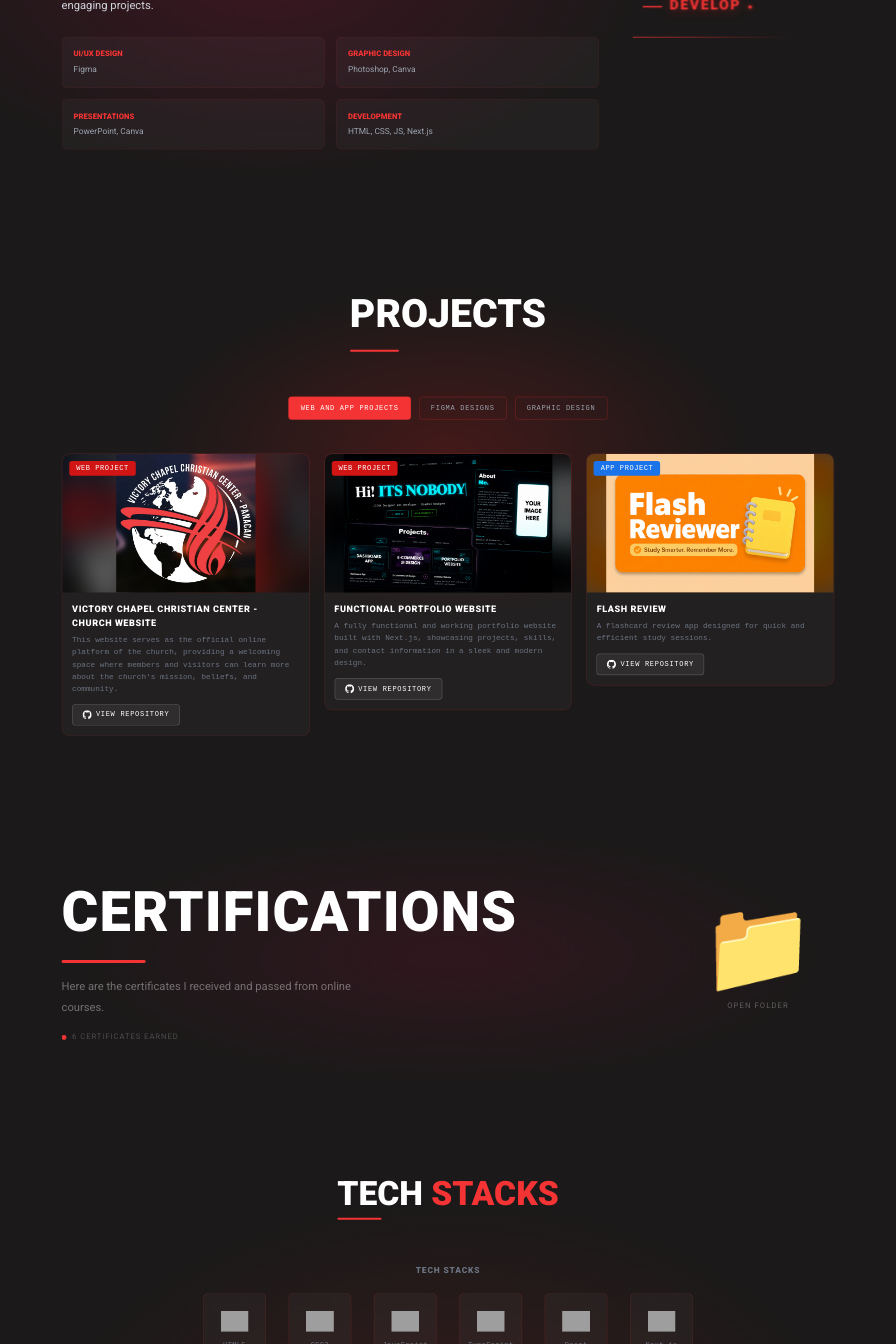
Repository: banbanny/my-portfolio
Page: /
These files come from the project's save history. The page is drawn as it stood at one moment and after a run of saves; the edit follows.
The browser window is 1280 px wide. The pictures show the part of the page from y = 1122 to 3042 px (the page is 4318 px tall), at 70% of full size.
Pictures or frames that could not be fetched are drawn as grey boxes. The project was rebuilt for these pictures with package versions that can differ from the ones it lists, and the page was loaded fresh each time. The framework's server and built-in components were replaced by stand-ins that run in the browser. Also part of the build but not shown: next.config.js.

Above is the page before, as saved 2026-05-08 13:25:05.

### src/app/layout.tsx
import type { Metadata } from "next";
import "./globals.css";

export const metadata: Metadata = {
  title: "Ivanne Obediente | Portfolio",
  description:
    "Aspiring developer based in the Philippines — design, UI/UX, and visual storytelling.",
};

export default function RootLayout({
  children,
}: {
  children: React.ReactNode;
}) {
  return (
    <html lang="en">
      <body>{children}</body>
    </html>
  );
}

### src/app/page.tsx
import Navbar from "@/components/Navbar";
import Hero from "@/components/Hero";
import About from "@/components/About";
import Projects from "@/components/Projects";
import Certifications from "@/components/Certifications";
import TechStack from "@/components/TechStack";
import Footer from "@/components/Footer";

export default function Home() {
  return (
    <main style={{ background: "#1B1919" }}>
      <Navbar />
      <Hero />
      <About />
      <Projects />
      <Certifications />
      <TechStack />
      <Footer />
    </main>
  );
}

### src/components/Projects.tsx
'use client'

import { useState, useEffect, useRef } from "react";

type ProjectType = "web" | "figma" | "graphics" | "app";

interface Project {
  id: number;
  title: string;
  type: ProjectType;
  description: string;
  thumbnail: string;
  link?: string;
  repo?: string;        // ← GitHub repo URL for app projects
  screenshots?: string[];
}

const projects: Project[] = [
  {
    id: 1,
    title: "Victory Chapel Christian Center - Church Website",
    type: "web",
    description: "This website serves as the official online platform of the church, providing a welcoming space where members and visitors can learn more about the church's mission, beliefs, and community.",
    thumbnail: "/vccc-thumbnail.jpg",
    repo: "https://github.com/YOUR_USERNAME/flash-review",
    link: "https://vccc-website-one.vercel.app/",
  },
  {
    id: 2,
    title: "Functional Portfolio Website",
    type: "web",
    description: "A fully functional and working portfolio website built with Next.js, showcasing projects, skills, and contact information in a sleek and modern design.",
    thumbnail: "/web-port.png",
    repo: "https://github.com/YOUR_USERNAME/flash-review",
    link: "https://web-portfolio-ruby-pi.vercel.app/",
  },
  {
    id: 3,
    title: "Portfolio Website Design",
    type: "figma",
    description: "UI/UX design for a Portfolio.",
    thumbnail: "/figma1.png",
    link: "https://www.figma.com/file/your-file-id",
  },
  {
    id: 4,
    title: "Victory Chapel Christian Center - Church Website",
    type: "figma",
    description: "A church website",
    thumbnail: "/vccc.png",
    link: "https://www.figma.com/file/your-file-id-2",
  },
  {
    id: 5,
    title: "5CRG Inventory Management System",
    type: "figma",
    description: "Inventory Management System for 5CRG.",
    thumbnail: "/figma3.png",
    link: "https://www.figma.com/file/your-file-id-2",
  },
  {
    id: 6,
    title: "Flash Review",
    type: "app",
    description: "A flashcard review app designed for quick and efficient study sessions.",
    thumbnail: "/flashreview.png",
    repo: "https://github.com/banbanny/flashreview.git", // ← replace with your repo URL
    screenshots: ["/flashreview.png", "/flashreview.png", "/flashreview.png"],
  },
  {
    id: 7,
    title: "Poster Design",
    type: "graphics",
    description: "Event poster with bold typography and layout.",
    thumbnail: "/thumbnails/graphics2.png",
    link: "https://www.behance.net/your-project-2",
  },
];

const filters: { label: string; value: "webapp" | "figma" | "graphics" }[] = [
  { label: "WEB and APP PROJECTS", value: "webapp" },
  { label: "FIGMA DESIGNS", value: "figma" },
  { label: "GRAPHIC DESIGN", value: "graphics" },
];

const typeConfig: Record<ProjectType, { label: string; badge: string }> = {
  web:      { label: "Web Project",  badge: "#d11414" },
  app:      { label: "App Project",  badge: "#1a73e8" },
  figma:    { label: "Figma Design", badge: "#910d39" },
  graphics: { label: "Graphics",     badge: "#f16f24" },
};

function useInView(threshold = 0.15) {
  const ref = useRef<HTMLDivElement>(null);
  const [inView, setInView] = useState(false);
  useEffect(() => {
    const el = ref.current; if (!el) return;
    const obs = new IntersectionObserver(([entry]) => { if (entry.isIntersecting) setInView(true); }, { threshold });
    obs.observe(el); return () => obs.disconnect();
  }, []);
  return { ref, inView };
}

// ── App Screenshot Modal ──
function AppModal({ project, onClose }: { project: Project; onClose: () => void }) {
  const [current, setCurrent] = useState(0);
  const touchStartX = useRef<number | null>(null);
  const screenshots = project.screenshots ?? [];
  const total = screenshots.length;

  useEffect(() => {
    const handler = (e: KeyboardEvent) => { if (e.key === "Escape") onClose(); };
    window.addEventListener("keydown", handler);
    return () => window.removeEventListener("keydown", handler);
  }, [onClose]);

  useEffect(() => {
    document.body.style.overflow = "hidden";
    return () => { document.body.style.overflow = ""; };
  }, []);

  const prev = () => setCurrent((c) => (c - 1 + total) % total);
  const next = () => setCurrent((c) => (c + 1) % total);
  const onTouchStart = (e: React.TouchEvent) => { touchStartX.current = e.touches[0].clientX; };
  const onTouchEnd = (e: React.TouchEvent) => {
    if (touchStartX.current === null) return;
    const diff = touchStartX.current - e.changedTouches[0].clientX;
    if (Math.abs(diff) > 40) diff > 0 ? next() : prev();
    touchStartX.current = null;
  };

  return (
    <div onClick={onClose} style={{ position:"fixed", inset:0, zIndex:200, background:"rgba(0,0,0,0.92)", display:"flex", alignItems:"center", justifyContent:"center", padding:"16px", backdropFilter:"blur(6px)" }}>
      <div onClick={(e) => e.stopPropagation()} style={{ maxWidth:"900px", width:"100%", borderRadius:"14px", overflow:"hidden", border:"1px solid rgba(26,115,232,0.35)" }}>
        <div style={{ background:"#0d0d0d", padding:"12px 16px", display:"flex", justifyContent:"space-between", alignItems:"center", borderBottom:"1px solid rgba(255,255,255,0.06)", flexWrap:"wrap", gap:"8px" }}>
          <div style={{ display:"flex", alignItems:"center", gap:"10px" }}>
            <span style={{ fontSize:"11px", fontWeight:500, color:"rgba(255,255,255,0.35)", background:"rgba(255,255,255,0.07)", border:"1px solid rgba(255,255,255,0.1)", borderRadius:"20px", padding:"3px 11px", whiteSpace:"nowrap" }}>{current + 1} / {total}</span>
            <div>
              <p style={{ fontSize:"12px", color:"#fff", margin:"0 0 2px", fontWeight:700, letterSpacing:"0.06em", textTransform:"uppercase" }}>{project.title}</p>
              <p style={{ fontSize:"11px", color:"#1a73e8", margin:0 }}>App Screenshots</p>
            </div>
          </div>
          <div style={{ display:"flex", alignItems:"center", gap:"6px" }}>
            {total > 1 && [{ label:"←", fn: prev }, { label:"→", fn: next }].map(({ label, fn }) => (
              <button key={label} onClick={fn} style={{ fontSize:"16px", color:"rgba(255,255,255,0.6)", background:"rgba(255,255,255,0.06)", border:"1px solid rgba(255,255,255,0.12)", borderRadius:"6px", width:"34px", height:"34px", cursor:"pointer", display:"flex", alignItems:"center", justifyContent:"center" }}>{label}</button>
            ))}
            <div style={{ width:"1px", height:"22px", background:"rgba(255,255,255,0.1)", margin:"0 2px" }} />
            <button onClick={onClose} style={{ fontSize:"11px", fontWeight:500, color:"rgba(255,255,255,0.5)", background:"transparent", border:"1px solid rgba(255,255,255,0.14)", borderRadius:"6px", padding:"0 12px", height:"34px", cursor:"pointer", letterSpacing:"0.08em", textTransform:"uppercase", whiteSpace:"nowrap" }}>Close ✕</button>
          </div>
        </div>
        <div style={{ position:"relative", width:"100%", background:"#111", overflow:"hidden" }} onTouchStart={onTouchStart} onTouchEnd={onTouchEnd}>
          <div style={{ position:"relative", width:"100%", aspectRatio:"16/9" }}>
            {screenshots.map((src, i) => (
              <img key={i} src={src} alt={`${project.title} screen ${i + 1}`}
                style={{ position:"absolute", inset:0, width:"100%", height:"100%", objectFit:"contain", opacity: i === current ? 1 : 0, transform: i === current ? "translateX(0)" : i < current ? "translateX(-60px)" : "translateX(60px)", transition:"opacity 0.3s ease, transform 0.3s cubic-bezier(0.22,1,0.36,1)", pointerEvents:"none" }}
              />
            ))}
          </div>
          {total > 1 && (
            <div style={{ display:"flex", justifyContent:"center", gap:"6px", padding:"10px 0 12px" }}>
              {screenshots.map((_, i) => (
                <button key={i} onClick={() => setCurrent(i)}
                  style={{ width: i === current ? "20px" : "7px", height:"7px", borderRadius:"4px", background: i === current ? "#1a73e8" : "rgba(255,255,255,0.25)", border:"none", padding:0, cursor:"pointer", transition:"all 0.3s ease" }}
                />
              ))}
            </div>
          )}
        </div>
      </div>
    </div>
  );
}

// ── GitHub icon SVG ──
function GithubIcon() {
  return (
    <svg width="13" height="13" viewBox="0 0 24 24" fill="currentColor" style={{ flexShrink: 0 }}>
      <path d="M12 0C5.37 0 0 5.37 0 12c0 5.3 3.438 9.8 8.205 11.385.6.113.82-.258.82-.577 0-.285-.01-1.04-.015-2.04-3.338.724-4.042-1.61-4.042-1.61-.546-1.385-1.335-1.755-1.335-1.755-1.087-.744.084-.729.084-.729 1.205.084 1.838 1.236 1.838 1.236 1.07 1.835 2.809 1.305 3.495.998.108-.776.417-1.305.76-1.605-2.665-.3-5.466-1.332-5.466-5.93 0-1.31.465-2.38 1.235-3.22-.135-.303-.54-1.523.105-3.176 0 0 1.005-.322 3.3 1.23.96-.267 1.98-.399 3-.405 1.02.006 2.04.138 3 .405 2.28-1.552 3.285-1.23 3.285-1.23.645 1.653.24 2.873.12 3.176.765.84 1.23 1.91 1.23 3.22 0 4.61-2.805 5.625-5.475 5.92.42.36.81 1.096.81 2.22 0 1.606-.015 2.896-.015 3.286 0 .315.21.69.825.57C20.565 21.795 24 17.295 24 12c0-6.63-5.37-12-12-12z"/>
    </svg>
  );
}

function ProjectCard({ project, index }: { project: Project; index: number }) {
  const [hovered, setHovered] = useState(false);
  const [modalOpen, setModalOpen] = useState(false);
  const { ref, inView } = useInView();
  const cfg = typeConfig[project.type];
  const isApp = project.type === "app";

  const handleCardClick = () => {
    if (isApp) { setModalOpen(true); return; }
    if (project.link) window.open(project.link, "_blank", "noopener noreferrer");
  };

  return (
    <>
      <div ref={ref} style={{ opacity: inView ? 1 : 0, transform: inView ? "translateY(0)" : "translateY(32px)", transition: `opacity 0.55s ease ${index * 0.08}s, transform 0.55s ease ${index * 0.08}s` }}>
        <div
          onMouseEnter={() => setHovered(true)}
          onMouseLeave={() => setHovered(false)}
          onClick={handleCardClick}
          style={{ display:"block", borderRadius:"12px", overflow:"hidden", border:`1px solid ${hovered ? "rgba(244,52,52,0.45)" : "rgba(244,52,52,0.15)"}`, background: hovered ? "rgba(244,52,52,0.06)" : "rgba(255,255,255,0.03)", transform: hovered ? "translateY(-5px)" : "translateY(0)", transition:"all 0.3s cubic-bezier(0.34,1.56,0.64,1)", cursor:"pointer" }}
        >
          {/* Thumbnail */}
          <div style={{ position:"relative", width:"100%", aspectRatio:"16/9", overflow:"hidden" }}>
            <img src={project.thumbnail} alt="" aria-hidden="true" style={{ position:"absolute", inset:0, width:"100%", height:"100%", objectFit:"cover", filter:"blur(18px) brightness(0.4) saturate(1.4)", transform:"scale(1.15)", pointerEvents:"none" }} />
            <img src={project.thumbnail} alt={project.title} style={{ position:"relative", zIndex:1, width:"100%", height:"100%", objectFit:"contain", transform: hovered ? "scale(1.04)" : "scale(1)", transition:"transform 0.5s ease", display:"block" }}
              onError={(e) => { (e.target as HTMLImageElement).style.display = "none"; }} />
            <div style={{ position:"absolute", inset:0, zIndex:2, background:"rgba(0,0,0,0.5)", opacity: hovered ? 1 : 0, transition:"opacity 0.3s ease", display:"flex", alignItems:"center", justifyContent:"center" }}>
              <span style={{ fontSize:"12px", fontFamily:"monospace", color:"#fff", letterSpacing:"0.12em", textTransform:"uppercase", border:"1px solid rgba(255,255,255,0.6)", padding:"8px 16px", borderRadius:"4px" }}>
                {isApp && "View Screenshots →"}
                {project.type === "web" && "Visit Site →"}
                {project.type === "figma" && "Open in Figma →"}
              </span>
            </div>
            <span style={{ position:"absolute", top:"10px", left:"10px", zIndex:3, fontSize:"10px", fontFamily:"monospace", letterSpacing:"0.08em", textTransform:"uppercase", color:"#fff", background:cfg.badge, padding:"3px 10px", borderRadius:"4px" }}>{cfg.label}</span>
          </div>

          {/* Info */}
          <div style={{ padding:"14px" }}>
            <h3 style={{ fontFamily:"inherit", fontSize:"clamp(11px, 1.5vw, 13px)", fontWeight:700, textTransform:"uppercase", letterSpacing:"0.06em", color:"#fff", margin:"0 0 6px" }}>{project.title}</h3>
            <p style={{ fontSize:"11px", fontFamily:"monospace", color:"#6b7280", lineHeight:1.6, margin:0 }}>{project.description}</p>

            {/* View Repository button — only for app projects with a repo */}
           {(isApp || project.type === "web") && project.repo && (
              <a
                href={project.repo}
                target="_blank"
                rel="noopener noreferrer"
                onClick={(e) => e.stopPropagation()} // don't trigger card click
                style={{
                  display: "inline-flex",
                  alignItems: "center",
                  gap: "6px",
                  marginTop: "12px",
                  padding: "7px 14px",
                  fontSize: "10px",
                  fontFamily: "monospace",
                  letterSpacing: "0.1em",
                  textTransform: "uppercase",
                  color: "#fff",
                  background: "rgba(255,255,255,0.06)",
                  border: "1px solid rgba(255,255,255,0.18)",
                  borderRadius: "5px",
                  textDecoration: "none",
                  transition: "background 0.2s ease, border-color 0.2s ease",
                }}
                onMouseEnter={(e) => {
                  (e.currentTarget as HTMLAnchorElement).style.background = "rgba(255,255,255,0.12)";
                  (e.currentTarget as HTMLAnchorElement).style.borderColor = "rgba(255,255,255,0.4)";
                }}
                onMouseLeave={(e) => {
                  (e.currentTarget as HTMLAnchorElement).style.background = "rgba(255,255,255,0.06)";
                  (e.currentTarget as HTMLAnchorElement).style.borderColor = "rgba(255,255,255,0.18)";
                }}
              >
                <GithubIcon />
                View Repository
              </a>
            )}
          </div>
        </div>
      </div>

      {modalOpen && <AppModal project={project} onClose={() => setModalOpen(false)} />}
    </>
  );
}

function BehanceCard() {
  const { ref, inView } = useInView(0.2);
  const [hovered, setHovered] = useState(false);
  return (
    <>
      <style>{`
        @keyframes dotPulse { 0%,100% { opacity:0.18; } 50% { opacity:0.45; } }
        @keyframes beFloat { 0%,100% { transform:translateY(0px); } 50% { transform:translateY(-7px); } }
        @keyframes glowPulse { 0%,100% { opacity:0.3; } 50% { opacity:0.6; } }
        .behance-dot-bg { position:absolute; inset:0; background-image:radial-gradient(circle, rgba(255,255,255,0.13) 1px, transparent 1px); background-size:28px 28px; animation:dotPulse 4s ease-in-out infinite; border-radius:16px; }
        .be-logo-wrap { animation:beFloat 3.2s ease-in-out infinite; display:inline-block; }
        .be-glow { position:absolute; top:50%; left:50%; transform:translate(-50%,-50%); width:260px; height:160px; background:radial-gradient(ellipse, rgba(30,80,255,0.18) 0%, transparent 70%); animation:glowPulse 3s ease-in-out infinite; pointer-events:none; }
        .behance-cta-btn { display:inline-flex; align-items:center; gap:10px; padding:14px 38px; font-size:12px; font-family:monospace; letter-spacing:0.16em; text-transform:uppercase; color:#fff; border:1px solid rgba(255,255,255,0.25); border-radius:6px; background:rgba(255,255,255,0.06); text-decoration:none; transition:all 0.3s ease; }
        .behance-cta-btn:hover { background:rgba(255,255,255,0.14); border-color:rgba(255,255,255,0.55); transform:translateY(-2px); }
      `}</style>
      <div ref={ref} style={{ opacity: inView ? 1 : 0, transform: inView ? "translateY(0)" : "translateY(28px)", transition:"opacity 0.6s ease, transform 0.6s ease" }}>
        <div onMouseEnter={() => setHovered(true)} onMouseLeave={() => setHovered(false)}
          style={{ position:"relative", overflow:"hidden", borderRadius:"16px", border:`1px solid ${hovered ? "rgba(255,255,255,0.14)" : "rgba(255,255,255,0.07)"}`, background:"#08080f", padding:"clamp(40px, 8vw, 72px) clamp(20px, 5vw, 40px) clamp(36px, 7vw, 56px)", textAlign:"center", transition:"border-color 0.4s ease" }}>
          <div className="behance-dot-bg" aria-hidden="true" />
          <div className="be-glow" aria-hidden="true" />
          <div style={{ position:"relative", marginBottom:"20px" }}>
            <div className="be-logo-wrap">
              <img src="https://cdn.jsdelivr.net/gh/devicons/devicon/icons/behance/behance-original.svg" alt="Behance" style={{ width:"88px", height:"88px", filter:"brightness(0) invert(1)", margin:"0 auto", display:"block" }} />
            </div>
          </div>
          <p style={{ position:"relative", fontFamily:"monospace", fontSize:"11px", letterSpacing:"0.22em", textTransform:"uppercase", color:"rgba(255,255,255,0.35)", marginBottom:"32px" }}>All Graphic Design Work Lives on Behance</p>
          <div style={{ position:"relative", marginBottom:"44px" }}>
            <a href="https://www.behance.net/YOUR_BEHANCE_USERNAME" target="_blank" rel="noopener noreferrer" className="behance-cta-btn">View on Behance <span style={{ fontSize:"16px" }}>↗</span></a>
          </div>
          <div style={{ position:"relative", display:"flex", alignItems:"center", justifyContent:"center", flexWrap:"wrap", gap:"4px" }}>
            {["Brand Identity", "Social Media", "Print Design"].map((tag, i, arr) => (
              <span key={tag} style={{ display:"flex", alignItems:"center" }}>
                <span style={{ fontSize:"11px", fontFamily:"monospace", letterSpacing:"0.12em", textTransform:"uppercase", color:"rgba(255,255,255,0.28)", padding:"0 16px" }}>{tag}</span>
                {i < arr.length - 1 && <span style={{ color:"rgba(255,255,255,0.15)" }}>|</span>}
              </span>
            ))}
          </div>
        </div>
      </div>
    </>
  );
}

export default function Projects() {
  const [active, setActive] = useState<"webapp" | "figma" | "graphics">("webapp");
  const [visible, setVisible] = useState(true);

  const filtered = active === "webapp"
    ? projects.filter((p) => p.type === "web" || p.type === "app")
    : projects.filter((p) => p.type === active);

  function handleFilter(val: "webapp" | "figma" | "graphics") {
    setVisible(false);
    setTimeout(() => { setActive(val); setVisible(true); }, 220);
  }

  return (
    <section id="projects" className="relative py-16 md:py-24 overflow-hidden" style={{ background: "#1B1919" }}>
      <div className="absolute pointer-events-none" style={{ top:"40%", left:"50%", transform:"translate(-50%,-50%)", width:"80%", height:"80%", background:"radial-gradient(ellipse 60% 50% at 50% 50%, rgba(161,25,25,0.3) 0%, transparent 70%)" }} aria-hidden="true" />
      <div className="relative max-w-6xl mx-auto px-5 sm:px-6">
        <div className="text-center mb-12 md:mb-16">
          <div style={{ display:"inline-block" }}>
            <h2 className="font-black-roboto uppercase text-white" style={{ fontSize:"clamp(2rem, 6vw, 3.5rem)", margin:0 }}>PROJECTS</h2>
            <div style={{ width:"25%", height:"3px", background:"#F43434", marginTop:"10px", borderRadius:"2px" }} />
          </div>
        </div>
        <div className="flex flex-wrap gap-2 md:gap-3 justify-center mb-10 md:mb-12">
          {filters.map((f) => {
            const isActive = active === f.value;
            return (
              <button key={f.value} onClick={() => handleFilter(f.value)}
                style={{ padding:"8px 16px", fontSize:"10px", fontFamily:"monospace", letterSpacing:"0.1em", textTransform:"uppercase", color: isActive ? "#fff" : "#9ca3af", background: isActive ? "#F43434" : "transparent", border:`1px solid ${isActive ? "#F43434" : "rgba(244,52,52,0.3)"}`, borderRadius:"4px", cursor:"pointer", transition:"all 0.25s ease" }}
                onMouseEnter={(e) => { if (!isActive) { (e.currentTarget as HTMLButtonElement).style.borderColor = "rgba(244,52,52,0.7)"; (e.currentTarget as HTMLButtonElement).style.color = "#fff"; } }}
                onMouseLeave={(e) => { if (!isActive) { (e.currentTarget as HTMLButtonElement).style.borderColor = "rgba(244,52,52,0.3)"; (e.currentTarget as HTMLButtonElement).style.color = "#9ca3af"; } }}>
                {f.label}
              </button>
            );
          })}
        </div>
        <div style={{ opacity: visible ? 1 : 0, transform: visible ? "translateY(0)" : "translateY(10px)", transition:"opacity 0.22s ease, transform 0.22s ease" }}>
          {active === "graphics" ? (
            <BehanceCard />
          ) : (
            <div style={{ display:"grid", gridTemplateColumns:"repeat(auto-fill, minmax(min(280px, 100%), 1fr))", gap:"20px" }}>
              {filtered.map((project, i) => <ProjectCard key={project.id} project={project} index={i} />)}
            </div>
          )}
        </div>
      </div>
    </section>
  );
}

Loaded but not shown: src/components/Certifications.tsx (244 lines, source omitted); src/components/Footer.tsx (185 lines, source omitted); src/components/Hero.tsx (271 lines, source omitted); src/components/About.tsx (122 lines, source omitted); src/components/TechStack.tsx (197 lines, source omitted); src/app/globals.css (154 lines, source omitted); src/components/Navbar.tsx (90 lines, source omitted); tailwind.config.ts (27 lines, source omitted)

After the next 2 saves:
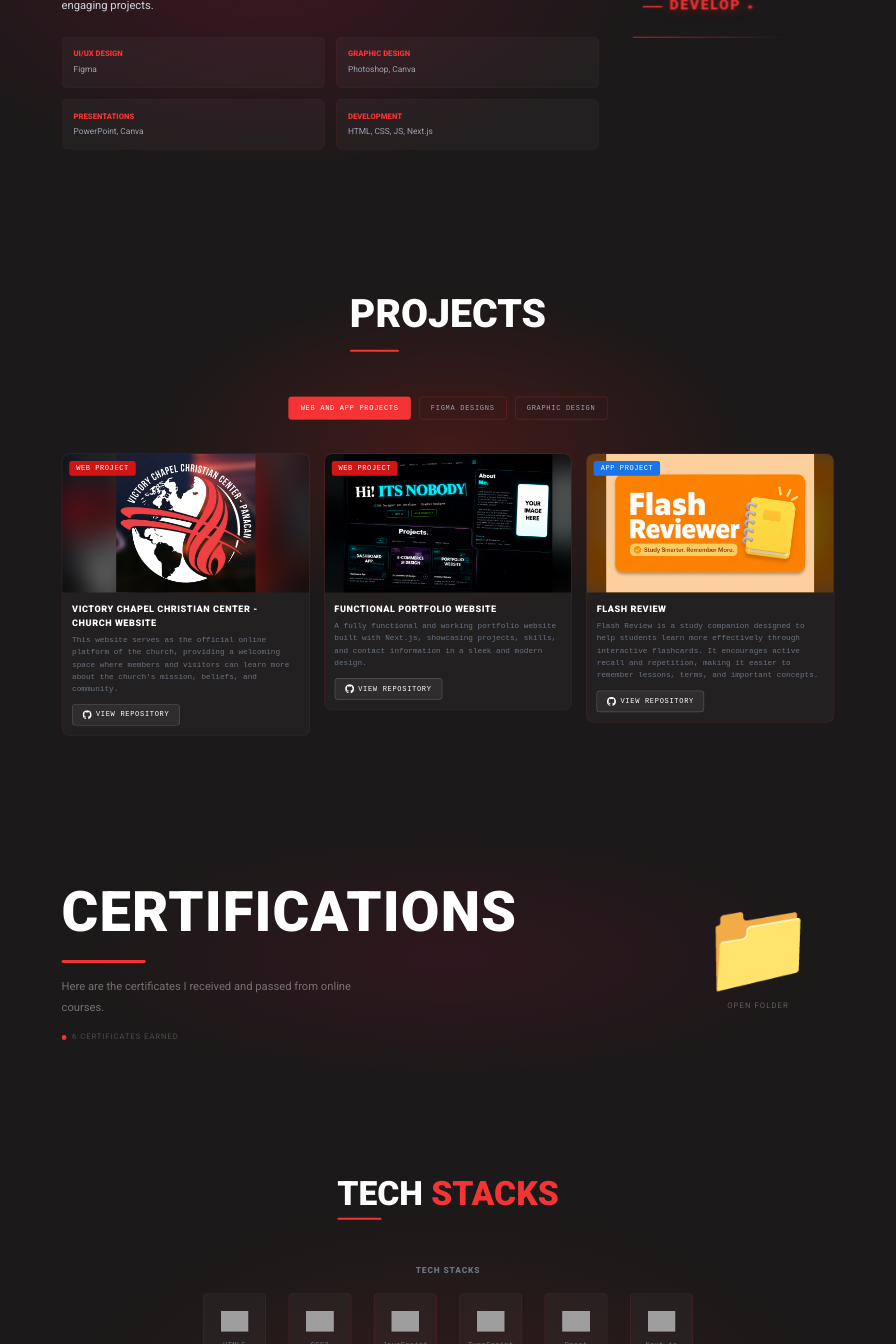
The 2 saves are shown as one change because they came seconds apart.
The last was saved 45 s later.
--- a/src/components/Projects.tsx
+++ b/src/components/Projects.tsx
@@ -62,7 +62,7 @@ const projects: Project[] = [
     id: 6,
     title: "Flash Review",
     type: "app",
-    description: "A flashcard review app designed for quick and efficient study sessions.",
+    description: "Flash Review is a study companion designed to help students learn more effectively through interactive flashcards. It encourages active recall and repetition, making it easier to remember lessons, terms, and important concepts. ",
     thumbnail: "/flashreview.png",
     repo: "https://github.com/banbanny/flashreview.git", // ← replace with your repo URL
     screenshots: ["/flashreview.png", "/flashreview.png", "/flashreview.png"],
